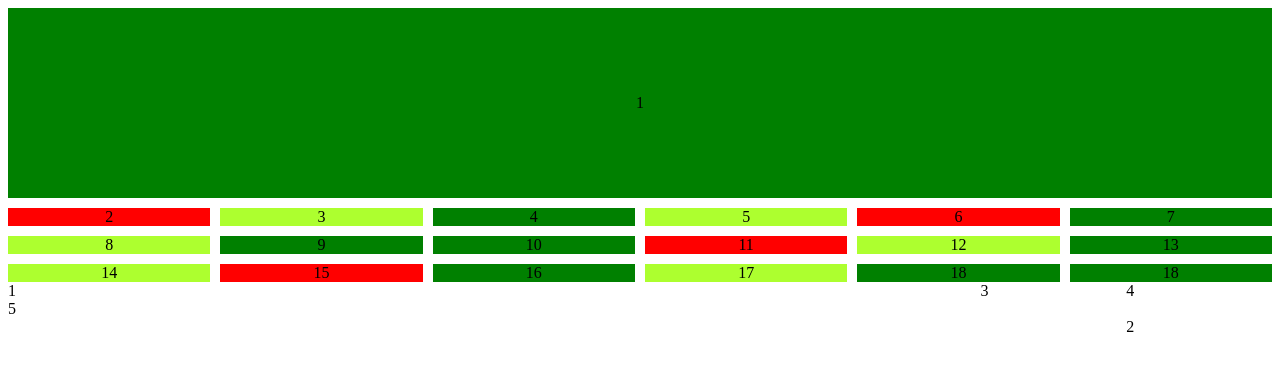
Repository: motiejus1/09-paskaita-05.31
Page: index.html
An editor plug-in stored every save of this project. The page is shown before and after the next save, followed by the edit.
The browser window is 1280 px wide. The pictures show the whole page.

Above is the page before, as saved 2021-06-15 20:01:20.

After the next save:
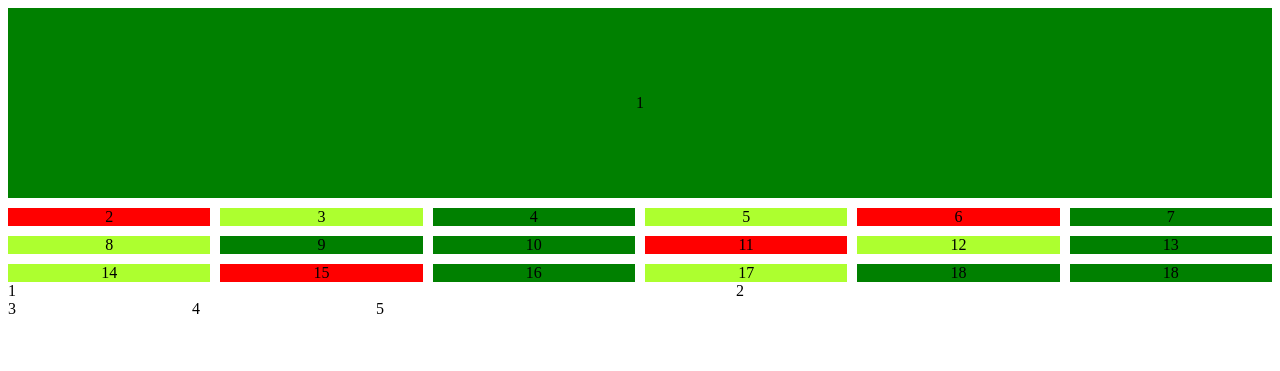
Saved 16 s later.
--- a/index.html
+++ b/index.html
@@ -54,7 +54,7 @@
 
         .grid-container-1 {
             display: grid;
-            grid-template-areas: 'pirmas pirmas pirmas pirmas pirmas pirmas pirmas' ;
+            grid-template-areas: 'pirmas pirmas pirmas pirmas antras antras antras' ;
         }
         .grid-element-1 {
             grid-area: pirmas;
